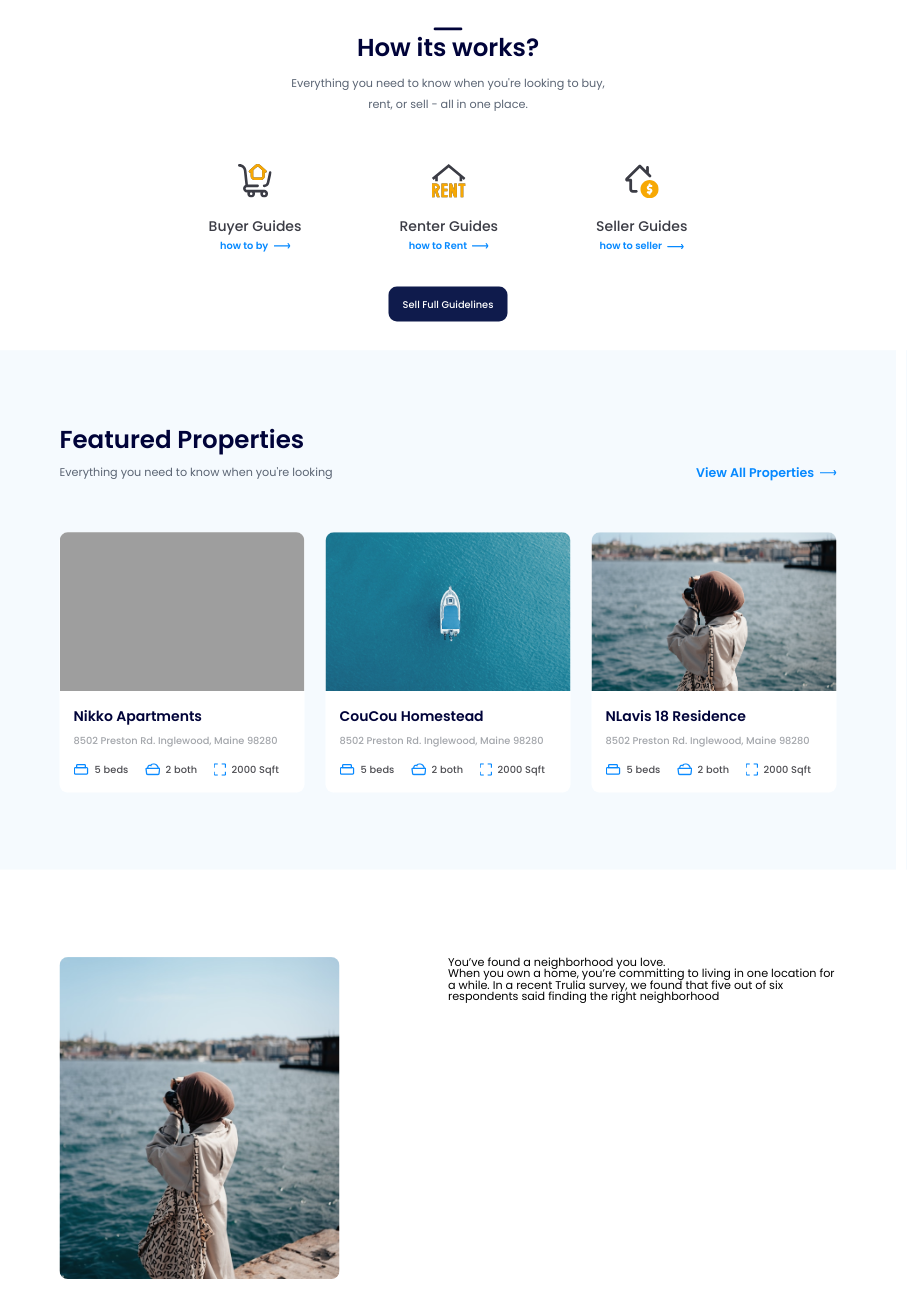
Repository: Kazuto-2004/f8-htmlcss-01
Page: index.html
The author's editor kept a copy of each file at every save. The page is drawn from the files as they stood at one save, then again after the next save.
The browser window is 1280 px wide. The page is 1295 px wide, so the pictures cover 1295 px, including what lies to the right of the window. The pictures show the part of the page from y = 1196 to 3076 px (the page is 3076 px tall before and 3073 px after), at 70% of full size.
Pictures or frames that could not be fetched are drawn as grey boxes.

Above is the page before, as saved 2023-07-15 09:16:01.

### index.html
<!DOCTYPE html>
<html lang="en">
    <head>
        <meta charset="UTF-8" />
        <meta name="viewport" content="width=device-width, initial-scale=1.0" />
        <title>F8 Project01</title>
        <link rel="stylesheet" href="./assets/css/reset.css" />
        <!-- Embed fonts -->
        <link rel="preconnect" href="https://fonts.googleapis.com" />
        <link rel="preconnect" href="https://fonts.gstatic.com" crossorigin />
        <link
            href="https://fonts.googleapis.com/css2?family=Lato:wght@700&display=swap"
            rel="stylesheet" />
        <link rel="stylesheet" href="./assets/fonts/stylesheet.css" />
        <!-- <style> style</style> -->
        <link rel="stylesheet" href="assets/css/styles.css" />
    </head>
    <body>
        <main style="height: 1000px">
            <!-- Header -->
            <header class="header">
                <div class="content">
                    <nav class="navbar">
                        <!-- Logo -->
                        <img src="./assets/img/Logo.svg" alt="Besnik." />
                        <!-- Navigation -->
                        <ul>
                            <li>
                                <a href="#!">Home</a>
                            </li>
                            <li>
                                <a href="#!">Features</a>
                            </li>
                            <li>
                                <a href="#!">Services</a>
                            </li>
                            <li>
                                <a href="#!">Resources</a>
                            </li>
                            <li>
                                <a href="#!">Contact</a>
                            </li>
                        </ul>
                        <!-- Action -->
                        <div class="action">
                            <a href="#!" class="action-link">Sign in</a>
                            <a href="#!" class="btn action-btn">Sign up</a>
                        </div>
                    </nav>
                    <div class="hero">
                        <div class="info">
                            <p class="sub-title">Welcome to Besnik Agency</p>
                            <h1 class="title">
                                Discover a place you'll love to live.
                            </h1>
                            <p class="desc">
                                Get the best real estate deals first, before
                                they hit the mass market! HOT FORECLOSURE DEALS
                                with one simple search.
                            </p>
                            <!-- call to action -->
                            <a href="#!" class="btn hero-cta">More About Us</a>
                        </div>

                        <img
                            src="./assets/img/hero-img.svg"
                            alt="Discover a place you'll love to live."
                            class="hero-img" />
                    </div>
                </div>
            </header>

            <!-- clients -->
            <div class="clients">
                <div class="content">
                    <div class="row">
                        <!-- logo -->
                        <img src="./assets/img/Logo.svg" alt="Besnik." />

                        <!-- star -->
                        <div class="star">
                            <img src="./assets/img/Star.svg" alt="" />
                        </div>
                    </div>
                    <div class="row row-desc">
                        <p class="desc">
                            More than 45,000+ companies trust besnik
                        </p>
                        <p class="desc">5 Star Ratings (2k+ Review)</p>
                    </div>
                    <div class="image">
                        <img src="./assets/img/meundies.svg" alt="me undies" />
                        <img src="./assets/img/slack.svg" alt="slack" />
                        <img src="./assets/img/amazon.svg" alt="amazon" />
                        <img
                            src="./assets/img/woocommerce.svg"
                            alt="woo commerce" />
                        <img src="./assets/img/sitepoint.svg" alt="sitepoint" />
                    </div>
                </div>
            </div>

            <!-- Guides -->
            <div class="guides">
                <div class="content">
                    <h2 class="sub-title">How its works?</h2>
                    <p class="desc">
                        Everything you need to know when you're looking to buy,
                        rent, or sell - all in one place.
                    </p>

                    <!--  list guide -->
                    <ul class="list-guide">
                        <li class="guide-item">
                            <img
                                src="./assets/img/Buyer.svg"
                                alt="Buyer"
                                class="icon" />
                            <h3 class="title">Buyer Guides</h3>
                            <a href="#!" class="link">
                                <span>how to by</span>
                                <img
                                    src="./assets/img/arow-right.svg"
                                    alt="arrow-right"
                                    class="arrow" />
                            </a>
                        </li>
                        <li class="guide-item">
                            <img
                                src="./assets/img/renter.svg"
                                alt="renter"
                                class="icon" />
                            <h3 class="title">Renter Guides</h3>
                            <a href="#!" class="link">
                                <span>how to Rent</span>
                                <img
                                    src="./assets/img/arow-right.svg"
                                    alt="arrow-right"
                                    class="arrow" />
                            </a>
                        </li>
                        <li class="guide-item">
                            <img
                                src="./assets/img/seller.svg"
                                alt="sellert"
                                class="icon" />
                            <h3 class="title">Seller Guides</h3>
                            <a href="#!" class="link">
                                <span>how to seller</span>
                                <img
                                    src="./assets/img/arow-right.svg"
                                    alt="arrow-right"
                                    class="arrow" />
                            </a>
                        </li>
                    </ul>

                    <div class="guide-cta">
                        <a href="#!" class="btn">Sell Full Guidelines</a>
                    </div>
                </div>
            </div>

            <!-- Featured -->
            <div class="featured">
                <div class="content">
                    <header>
                        <h2 class="sub-title">Featured Properties</h2>
                        <div class="row">
                            <p class="desc">
                                Everything you need to know when you're looking
                            </p>
                            <a href="#!" class="link"
                                ><span>View All Properties</span
                                ><img
                                    src="./assets/img/arow-right.svg"
                                    alt="arrow"
                                    class="arrow"
                            /></a>
                        </div>
                    </header>

                    <div class="list">
                        <!-- Featured 1 -->
                        <div class="item">
                            <a href="#!">
                                <img
                                    src="./assets/img/featured1.jpg"
                                    alt="Nikko Apartments"
                                    class="thumb" />
                            </a>
                            <div class="body">
                                <h3 class="title">
                                    <a href="#!" class="line-clamp">Nikko Apartments</a>
                                </h3>
                                <p class="desc line-clamp">
                                    8502 Preston Rd. Inglewood, Maine 98280
                                </p>
                                <div class="info">
                                    <img
                                        src="./assets/img/beds.svg"
                                        alt=""
                                        class="icon" />
                                    <span class="label">5 beds</span>

                                    <img
                                        src="./assets/img/both.svg"
                                        alt=""
                                        class="icon" />
                                    <span class="label">2 both</span>

                                    <img
                                        src="./assets/img/sqft.svg"
                                        alt=""
                                        class="icon" />
                                    <span class="label">2000 Sqft</span>
                                </div>
                            </div>
                        </div>

                        <!-- Featured 2 -->
                        <div class="item">
                            <a href="#!">
                                <img
                                    src="./assets/img/featured2.jpg"
                                    alt="CouCou Homestead"
                                    class="thumb" />
                            </a>
                            <div class="body">
                                <h3 class="title">
                                    <a href="#!" class="line-clamp">CouCou Homestead</a>
                                </h3>
                                <p class="desc line-clamp">
                                    8502 Preston Rd. Inglewood, Maine 98280
                                </p>
                                <div class="info">
                                    <img
                                        src="./assets/img/beds.svg"
                                        alt=""
                                        class="icon" />
                                    <span class="label">5 beds</span>

                                    <img
                                        src="./assets/img/both.svg"
                                        alt=""
                                        class="icon" />
                                    <span class="label">2 both</span>

                                    <img
                                        src="./assets/img/sqft.svg"
                                        alt=""
                                        class="icon" />
                                    <span class="label">2000 Sqft</span>
                                </div>
                            </div>
                        </div>

                        <!-- Featured 3 -->
                        <div class="item">
                            <a href="#!">
                                <img
                                    src="./assets/img/featured3.jpg"
                                    alt="Lavis 18 Residence"
                                    class="thumb" />
                            </a>
                            <div class="body">
                                <h3 class="title">
                                    <a href="#!" class="line-clamp">NLavis 18 Residence</a>
                                </h3>
                                <p class="desc line-clamp" >
                                    8502 Preston Rd. Inglewood, Maine 98280
                                </p>
                                <div class="info">
                                    <img
                                        src="./assets/img/beds.svg"
                                        alt=""
                                        class="icon" />
                                    <span class="label">5 beds</span>

                                    <img
                                        src="./assets/img/both.svg"
                                        alt=""
                                        class="icon" />
                                    <span class="label">2 both</span>

                                    <img
                                        src="./assets/img/sqft.svg"
                                        alt=""
                                        class="icon" />
                                    <span class="label">2000 Sqft</span>
                                </div>
                            </div>
                        </div>
                    </div>
                </div>
            </div>

            <!-- Stats -->
            <div class="stats">
                <div class="content">
                    <div class="row">
                        <div class="img-block">
                            <img src="./assets/img/starts.jpg" alt="You’ve found a neighborhood you love.">
                        </div>
                        <div class="info">
                            <h2 class="sub-title">You’ve found a neighborhood you love.</h2>
                            <p
                             class="desc">When you own a home, you’re committing to living in one location for a while. In a recent Trulia survey, we found that five out of six respondents said finding the right neighborhood
                            </p>
                        </div>
                    </div>
                </div>
            </div>
        </main>
    </body>
</html>

### assets/css/styles.css
* {
    box-sizing: border-box;
}

:root {
    --primary-color: #0f1b4c;
}
html {
    font-size: 62.5%;
}

body {
    font-size: 1.6rem;
    font-family: "Poppins", sans-serif;
}
/* Common */
a {
    text-decoration: none;
}
.content {
    width: 1110px;
    max-width: calc(100% - 48px);
    margin: auto;
}
.btn {
    display: inline-block;
    min-width: 98px;
    padding: 18px 16px;
    border-radius: 12px;
    background: var(--primary-color);
    color: #fff;
    font-size: 1.4rem;
    font-weight: 500;
    text-align: center;
}

.btn:hover {
    opacity: 0.9;
}

.line-clamp {
    display: -webkit-box;
    -webkit-line-clamp: var(--line-clamp, 2);
    -webkit-box-orient: vertical;
    overflow: hidden;
}
/* ==== Header ==== */
.header {
    background-color: #e6f0ff;
    height: 100vh;
    position: relative;
}

.navbar {
    display: flex;
    align-items: center;
    padding-top: 38px;
}

.navbar ul {
    display: flex;
    margin-left: 50px;
}

.navbar .action {
    margin-left: auto;
}

.navbar ul a {
    font-size: 1.4rem;
    font-weight: 500;
    color: #4f5361;
    padding: 8px 14px;
}

.navbar ul a:hover {
    text-decoration: underline;
}

.navbar .action-link {
    color: var(--primary-color);
    font-size: 1.4rem;
    font-weight: 500;
}

.navbar .action-btn {
    padding: 13px 16px;
    margin-left: 18px;
    border-radius: 8px;
}
/* ---hero--- */
.hero {
    margin-top: 130px;
}

.hero .info {
    width: 51%;
}

.hero .sub-title {
    color: #687690;
    font-size: 1.8rem;
    line-height: 1.5;
    letter-spacing: 0.01em;
}

.hero .title {
    margin-top: 8px;
    color: #000336;
    font-size: 6.2rem;
    font-weight: 700;
    line-height: 1.19;
}

.hero .desc {
    margin-top: 30px;
    color: #5a6473;
    font-size: 1.8rem;
    font-weight: 400;
    line-height: 1.78;
}

.hero-cta {
    min-width: 170px;
    margin-top: 40px;
}

.hero-img {
    position: absolute;
    right: calc((100vw - 1110px) / 2 - 100px);
    bottom: 0;
}

/*===== clients ======*/
.clients {
    margin-top: 79px;
    padding: 43px 64px 0px;
}

.clients .row {
    display: flex;
    justify-content: space-between;
}

.clients .desc {
    color: #7d8589;
    font-size: 1.6rem;
    font-weight: 500;
    line-height: 1.25;
}

.clients .row-desc {
    margin-top: 23px;
}

.clients .image {
    margin-top: 96px;
    display: flex;
    justify-content: space-between;
    align-items: center;
}

/*===== guides ======*/
.guides {
    margin-top: 200px;
}

.guides .sub-title {
    position: relative;
    color: #000339;
    text-align: center;
    font-size: 3.5rem;
    font-weight: 600;
    line-height: 1;
}

.guides .sub-title::before {
    position: absolute;
    top: -10px;
    left: 50%;
    transform: translate(-50%);
    content: "";
    display: inline-block;
    width: 41px;
    height: 4px;
    border-radius: 12px;
    background: #000339;
}

.guides .desc {
    width: 459px;
    max-width: 100%;
    color: #5a6473;
    text-align: center;
    font-size: 1.6rem;
    font-weight: 400;
    line-height: 1.88;
    margin: 20px auto 0;
}

.list-guide {
    margin-top: 70px;
    display: flex;
    justify-content: center;
}

.guide-item {
    margin: 0 70px;
    text-align: center;
}

.guide-item .title {
    margin-top: 26px;
    color: #3b3c45;
    font-size: 2rem;
    font-weight: 500;
    line-height: 1.1;
}

.guide-item .link {
    display: inline-block;
    color: #0689ff;
    font-size: 1.4rem;
    font-weight: 600;
    margin-top: 10px;
}

.guide-item .arrow {
    margin-left: 4px;
}

.guide-cta {
    display: flex;
    justify-content: center;
    margin-top: 50px;
}

.guide-cta .btn {
    min-width: 170px;
}

/*======== featured======= */
.featured {
    margin-top: 41px;
    background: #f5fafe;
    padding: 110px 0;
}

.featured .sub-title {
    font-size: 3.5rem;
    font-style: normal;
    font-weight: 600;
    line-height: 1;
    color: #000339;
}

.featured .row {
    display: flex;
    justify-content: space-between;
    margin-top: 15px;
}

.featured .desc {
    color: #5a6473;
    font-size: 1.6rem;
    font-weight: 400;
    line-height: 1.88;
}

.featured .link {
    display: flex;
    align-items: center;
    color: #0689ff;
    font-size: 1.8rem;
    font-weight: 600;
}

.featured .link .arrow {
    margin-left: 8px;
}

.featured .list {
    margin-top: 70px;
    gap: 30px;
    display: flex;
}

.featured .item {
    flex: 1;
    background-color: #fff;
    border-radius: 12px;
}

.featured .item .thumb {
    width: 100%;
    height: 227px;
    object-fit: cover;
    border-top-left-radius: 12px;
    border-top-right-radius: 12px;
}

.featured .item .body {
    padding: 17px 20px 24px;
}

.featured .item .title a{
    color: #000339;
    font-size: 2rem;
    font-weight: 600;
    line-height: 1.5;

}

.featured .item .desc {
    --line-clamp : 3;
    margin-top: 11px;
    color: #a3a6ab;
    font-size: 1.4rem;
    font-weight: 500;
    line-height: 1.5;
    word-wrap:break-words;
}

.featured .item .info {
    margin-top: 21px;
    display: flex;
    align-items: center;
}

.featured .item .icon {
    margin-left: 23px;
}

.featured .item .icon:first-child {
    margin-left: 0;
}
.featured .item .label {
    color: #4d4d52;
    margin-left: 8px;
    font-size: 1.4rem;
    font-weight: 500;
    letter-spacing: 0.01em;
}

/*===== stats===== */
.stats {
    margin-top: 75px;
    padding: 50px 0px;
}

.stats .row {
    display: flex;
}

.stats .img-block,
.stats .info  {
    width: 50%;
}

.stats .img-block img {
  width: 400px;
 height: 460px;
 border-radius: 12px;
  object-fit: cover;
}

Loaded but not shown: assets/css/reset.css (common file); assets/fonts/stylesheet.css (162 lines, source omitted)

After the next save:
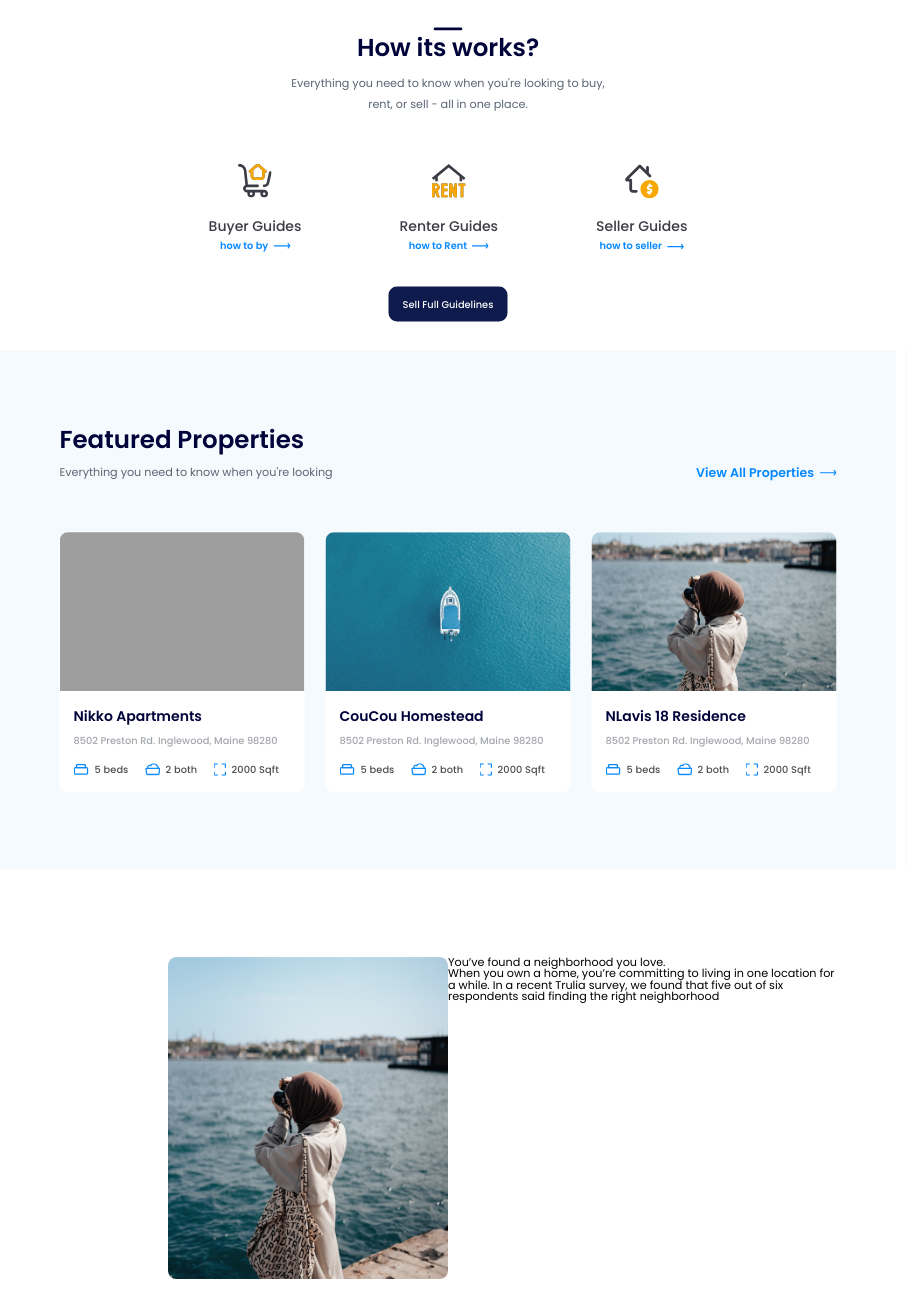
Saved 71 s later.
--- a/assets/css/styles.css
+++ b/assets/css/styles.css
@@ -358,6 +358,8 @@
 }
 
 .stats .img-block img {
+    display: block;
+    margin-left: auto;
   width: 400px;
  height: 460px;
  border-radius: 12px;
